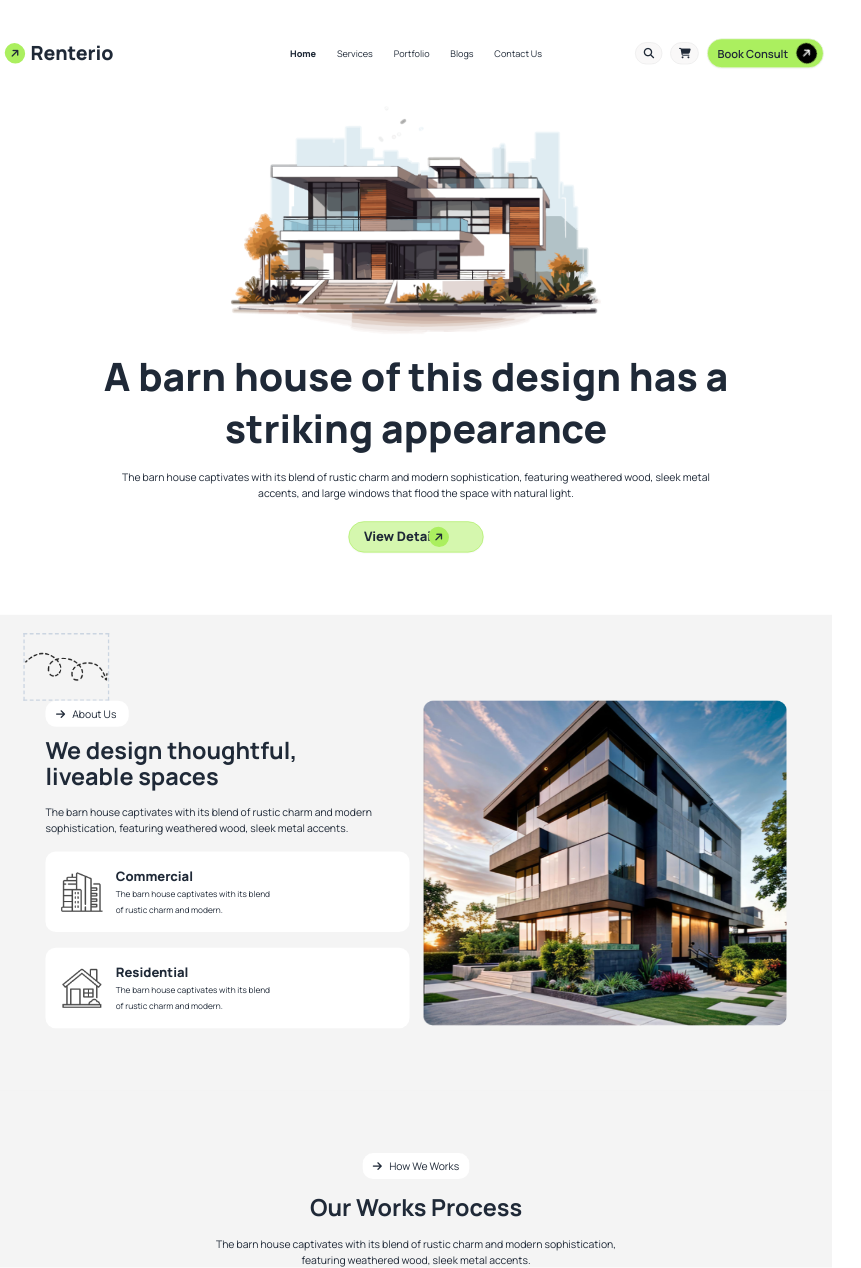
Repository: Tanvir4312/assignment-03
Page: index.html
An editor plug-in stored every save of this project. The page is shown before and after the next save, followed by the edit.
The browser window is 1280 px wide. The page is 1325 px wide, so the pictures cover 1325 px, including what lies to the right of the window. The pictures show the whole page, at 65% of full size.
Some web libraries are served in a nearby version.

Above is the page before, as saved 2024-10-30 17:10:30.

### index.html
<!DOCTYPE html>
<html lang="en">

<head>
    <meta charset="UTF-8">
    <meta name="viewport" content="width=device-width, initial-scale=1.0">
    <title>Renterio</title>
    <link rel="stylesheet" href="styles/styles.css">
    <!-- DaisyUI -->
    <link href="https://cdn.jsdelivr.net/npm/daisyui@4.12.14/dist/full.min.css" rel="stylesheet" type="text/css" />
    <script src="https://cdn.tailwindcss.com"></script>
    <!-- Icon -->
    <link rel="stylesheet" href="https://cdnjs.cloudflare.com/ajax/libs/font-awesome/6.6.0/css/all.min.css"
        integrity="sha512-Kc323vGBEqzTmouAECnVceyQqyqdsSiqLQISBL29aUW4U/M7pSPA/gEUZQqv1cwx4OnYxTxve5UMg5GT6L4JJg=="
        crossorigin="anonymous" referrerpolicy="no-referrer" />

    <script>
        tailwind.config = {
            theme: {
                extend: {
                    colors: {
                        clifford: '#da373d',
                        bgBtnColor: '#ABEF5F',
                        btnTextAndWorksTextColor: '#1C1C1C',
                        mainColor: '#212121',
                        secondaryColor: '#494949',

                    }
                }
            }
        }
    </script>
</head>

<body class="manrope-font">
    <header>
        <!-- Navbar -->
        <nav class="container mx-auto">
            <div class="navbar relative py-14">
                <div class="navbar-start">
                    <div class="absolute right-0">
                        <div class="dropdown">
                            <div tabindex="0" role="button"
                                class="btn btn-ghost mr-2 lg:hidden border border-[rgba(233,233,233)] rounded-full bg-[#f9f8f8]">
                                <svg xmlns="http://www.w3.org/2000/svg" class="h-5 w-5" fill="none" viewBox="0 0 24 24"
                                    stroke="currentColor">
                                    <path stroke-linecap="round" stroke-linejoin="round" stroke-width="2"
                                        d="M4 6h16M4 12h8m-8 6h16" />
                                </svg>
                            </div>
                            <div class="absolute -left-20">
                                <ul tabindex=""
                                    class="menu menu-sm dropdown-content bg-base-100 rounded-box z-[1] p-2 shadow w-32">
                                    <li><a>Home</a></li>
                                    <li><a>Services</a></li>
                                    <li><a>Portfolio</a></li>
                                    <li><a>Blogs</a></li>
                                    <li><a>Contact Us</a></li>
                                </ul>
                            </div>
                        </div>
                    </div>
                    <i class="fa-solid fa-arrow-right -rotate-45 bg-bgBtnColor p-2 rounded-full	"></i>
                    <a class="btn btn-ghost font-extrabold text-3xl pl-2">Renterio</a>
                </div>
                <div class="navbar-center hidden lg:flex">
                    <ul class="menu menu-horizontal px-1">
                        <li><a class="font-extrabold">Home</a></li>
                        <li><a>Services</a></li>
                        <li><a>Portfolio</a></li>
                        <li><a>Blogs</a></li>
                        <li><a>Contact Us</a></li>
                    </ul>
                </div>

                <div class="navbar-end hidden md:block">
                    <div class="flex justify-end">
                        <div class="flex items-center gap-3 mr-2">
                            <div class="px-3 py-1 border border-[rgba(233,233,233)] rounded-full bg-[#f9f8f8]">
                                <i class="fa-solid fa-magnifying-glass"></i>
                            </div>
                            <div class="px-3 py-1 border border-[rgba(233,233,233)] rounded-full bg-[#f9f8f8]">
                                <i class="fa-solid fa-cart-shopping"></i>
                            </div>
                        </div>
                        <div class="relative ">
                            <button class="btn bg-bgBtnColor rounded-3xl pr-14 text-lg font-semibold">Book
                                Consult</button>
                            <i
                                class="fa-solid fa-arrow-right -rotate-45 bg-black text-white p-2 rounded-full absolute top-2 right-4 "></i>
                        </div>
                    </div>
                </div>
            </div>
        </nav>
        <!-- Banner -->
        <section class="banner text-center">
            <!-- Banner Image -->
            <div class="flex justify-center px-14">
                <img src="./assets/banner.png" alt="">
            </div>
            <!-- Banner Text -->
            <div class="mt-6">
                <h1 class="text-3xl md:text-6xl font-extrabold md:leading-[80px]">A barn house of this design
                    has a <br>striking appearance
                </h1>
                <p class="mt-6 mb-8 px-5">The barn house captivates with its blend of rustic charm and modern
                    sophistication,
                    featuring weathered wood, sleek metal <br> accents, and large windows that flood the space with
                    natural light.</p>
                <!-- Banner Button -->
                <div class="relative flex px-2 md:justify-center md:items-center">
                    <div class="w-full text-start md:text-center">
                        <button
                            class="btn border border-[rgba(171,239,95)] bg-[rgba(171,239,95,0.5)] rounded-3xl mainColor text-xl font-extrabold pr-14 l w-full md:w-52">View
                            Details</button>
                    </div>
                    <div>
                        <i
                            class="fa-solid fa-arrow-right -rotate-45 bg-bgBtnColor p-2 rounded-full absolute bottom-2 right-[590px]"></i>

                        <i
                            class="md:hidden absolute top-3 right-20 fa-solid fa-arrow-right -rotate-45 bg-bgBtnColor p-2 rounded-full"></i>
                    </div>
                </div>
            </div>
        </section>
    </header>

    <main class="bg-[#F4F4F4]">
        <!-- Commercial and Residential Section -->
        <section class="bg-[#F4F4F4] my-24 pt-7 pb-24">
            <!-- Vector Image -->
            <img class="hidden md:block border-dashed border-2 border-slate-300 py-7 ml-9" src="./assets/Vector.png"
                alt="">
            <div class="md:w-[1140px] mx-auto grid md:grid-cols-2 grid-cols-1 gap-5 p-4 md:p-0">
                <div>
                    <!-- About Us Button -->
                    <div class="flex justify-center md:flex-col">
                        <div class="bg-white w-32 py-2 px-4 rounded-2xl">
                            <i class="fa-solid fa-arrow-right pr-2"></i>
                            <button>About Us</button>
                        </div>
                    </div>
                    <!-- Text -->
                    <div class="mt-4 md:text-start text-center">
                        <h1 class="text-2xl md:text-4xl font-bold mainColor mb-6">We design thoughtful, <br> liveable
                            spaces
                        </h1>
                        <p class="secondaryColor">The barn house captivates with its blend of rustic charm and
                            modern sophistication, featuring weathered wood, sleek metal accents.</p>
                    </div>

                    <div class="flex md:items-center gap-5 my-6 bg-white p-6 rounded-2xl">
                        <!-- Image -->
                        <div>
                            <img src="./assets/commercial.png" alt="">
                        </div>
                        <!-- Text -->
                        <div>
                            <h3 class="text-xl font-extrabold">Commercial</h3>
                            <p><small>The barn house captivates with its blend <br> of rustic charm and modern.</small>
                            </p>
                        </div>
                    </div>
                    <div class="flex md:items-center gap-5 bg-white p-6 rounded-2xl">
                        <!-- Image -->
                        <div>
                            <img src="./assets/residential.png" alt="">
                        </div>
                        <!-- Text -->
                        <div>
                            <h3 class="text-xl font-extrabold">Residential</h3>
                            <p><small>The barn house captivates with its blend <br> of rustic charm and modern.</small>
                            </p>
                        </div>
                    </div>

                </div>
                <!-- Image -->
                <div>
                    <img class="h-60 w-full md:h-[500px]" src="./assets/Rectangle.png" alt="">
                </div>
            </div>
        </section>

        <!-- Works Process section -->
        <section class="md:w-[1140px] mx-auto">
            <div class="flex justify-center">
                <div class="bg-white py-2 px-4 rounded-2xl">
                    <i class="fa-solid fa-arrow-right pr-2"></i>
                    <button>How We Works</button>
                </div>
            </div>
            <div class="text-center">
                <h1 class="py-6 text-4xl font-bold">Our Works Process</h1>
                <p>The barn house captivates with its blend of rustic charm and modern sophistication, <br> featuring
                    weathered wood, sleek metal accents.</p>
            </div>
            <div class="card grid grid-cols-1 md:grid-cols-4 gap-4">
                <div class="bg-slate-600"></div>
                <div class="bg-red-600"></div>
                <div class="bg-blue-600"></div>
                <div class="bg-yellow-600"></div>
            </div>
        </section>
    </main>

</body>

</html>

### styles/styles.css
/* Font */
@import url('https://fonts.googleapis.com/css2?family=Manrope:wght@200..800&display=swap');


.manrope-font {
  font-family: "Manrope", sans-serif;


}

After the next save:
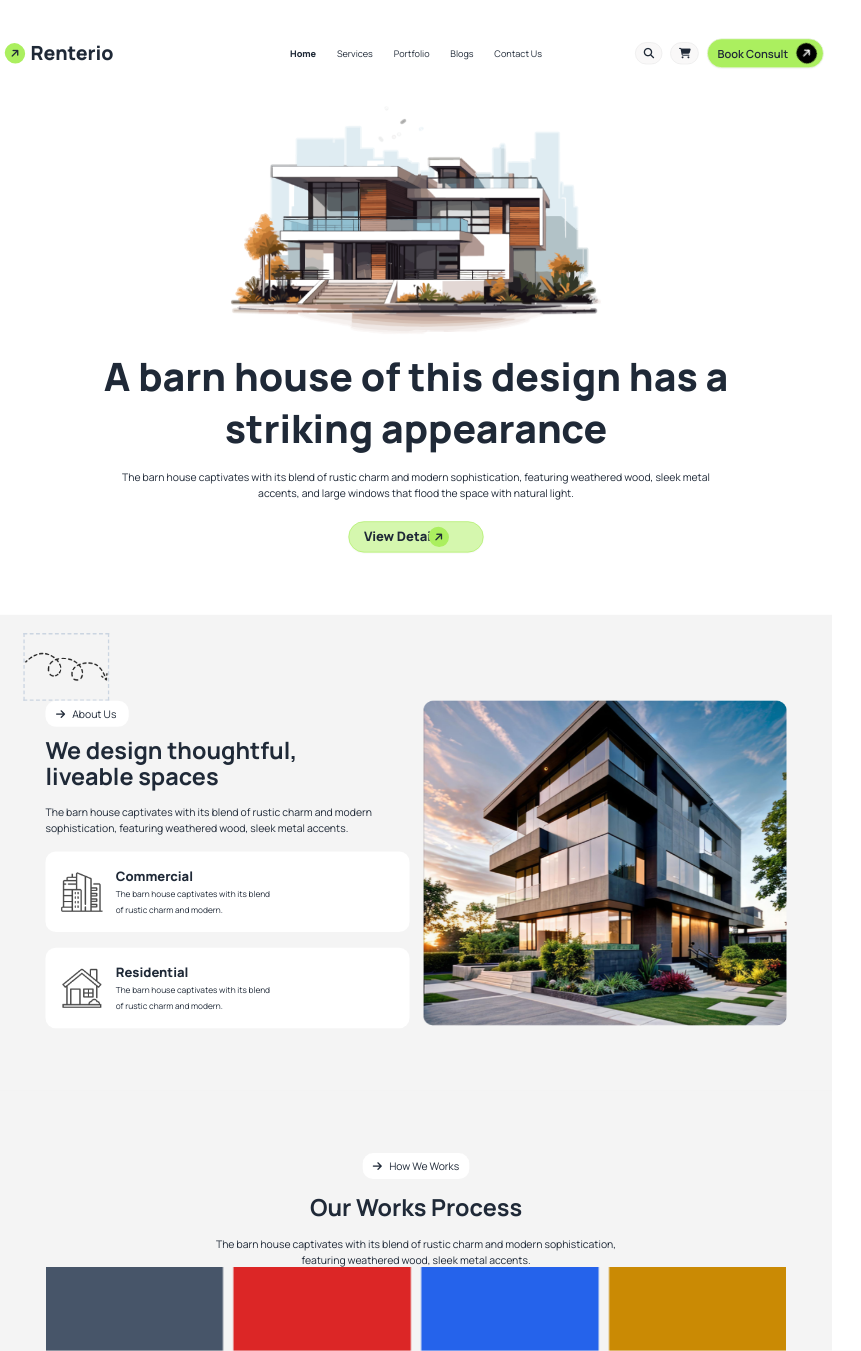
Saved 32 s later.
--- a/index.html
+++ b/index.html
@@ -198,10 +198,10 @@
                     weathered wood, sleek metal accents.</p>
             </div>
             <div class="card grid grid-cols-1 md:grid-cols-4 gap-4">
-                <div class="bg-slate-600"></div>
-                <div class="bg-red-600"></div>
-                <div class="bg-blue-600"></div>
-                <div class="bg-yellow-600"></div>
+                <div class="bg-slate-600 h-32"></div>
+                <div class="bg-red-600 h-32"></div>
+                <div class="bg-blue-600 h-32"></div>
+                <div class="bg-yellow-600 h-32"></div>
             </div>
         </section>
     </main>
